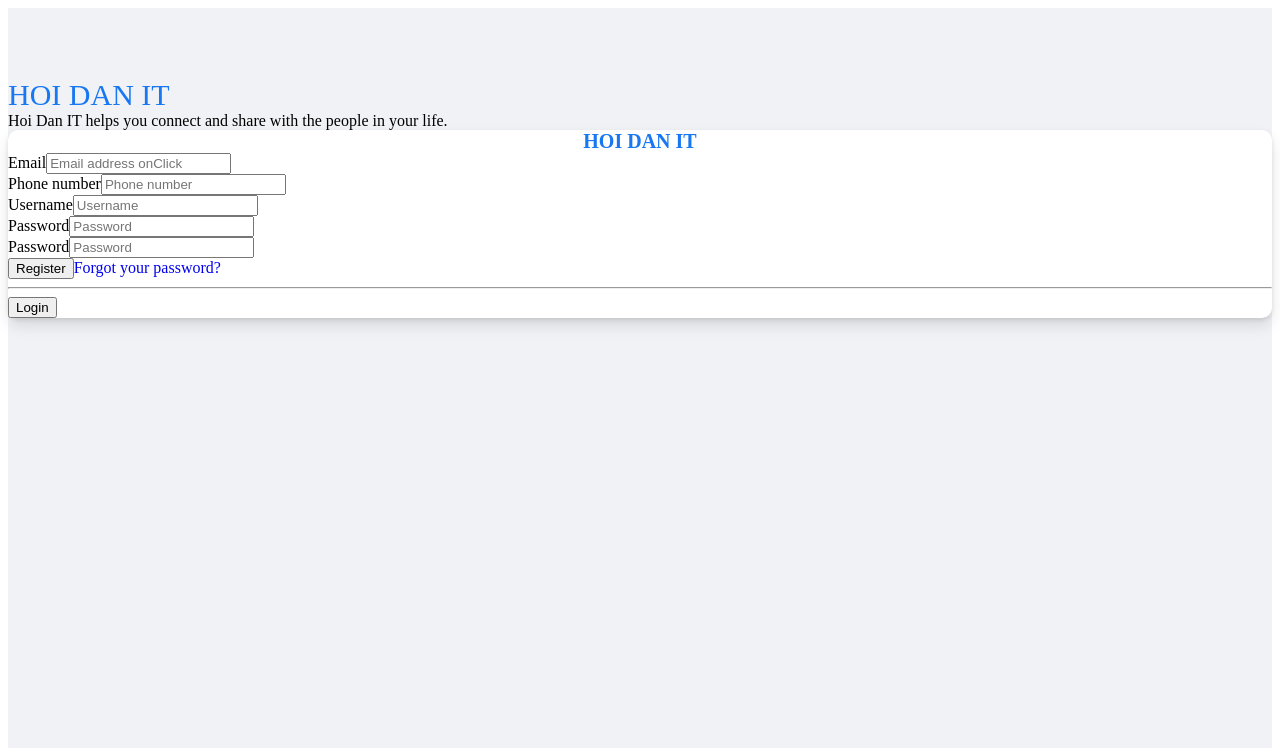
Repository: minhtien9/jwt_Reactjs_Frontend
Page: /register
The author's editor kept a copy of each file at every save. The page is drawn from the files as they stood at one save, then again after the next save.
The browser window is 1280 px wide. The pictures show the whole page.
The project was rebuilt for these pictures with package versions that can differ from the ones it lists, and the page was loaded fresh each time. Also part of the build but not shown: src/App.scss, src/components/Navigation/Nav.scss, src/components/Navigation/Nav.js, src/components/Login/Login.scss, src/components/Login/Login.js.

Above is the page before, as saved 2022-05-23 11:29:21.

After the next save:
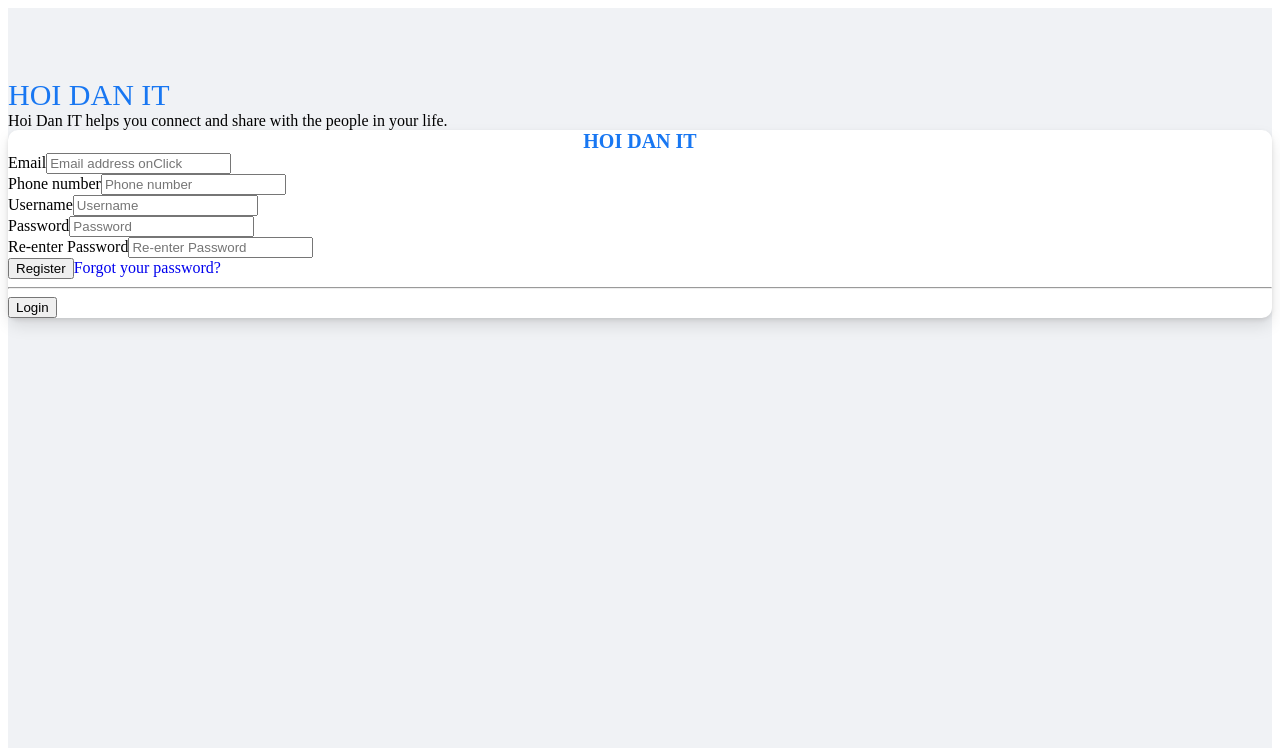
Saved 11 s later.
--- a/src/components/Register/Register.js
+++ b/src/components/Register/Register.js
@@ -53,11 +53,11 @@ const Register = (props) => {
                             />
                         </div>
                         <div className='form-group'>
-                            <label htmlFor=''>Password</label>
+                            <label htmlFor=''>Re-enter Password</label>
                             <input
                                 type='password'
                                 className='form-control'
-                                placeholder='Password'
+                                placeholder='Re-enter Password'
                             />
                         </div>
                         <button className='btn btn-primary'>Register</button>
